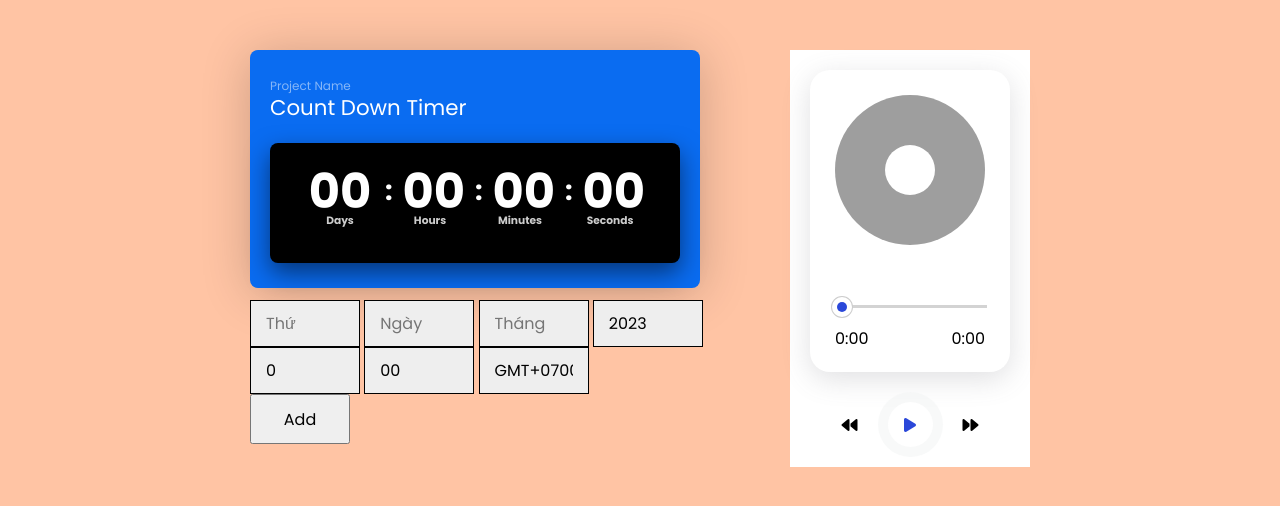
Repository: thuanpham00/CountDownTimer
Page: index.html
An editor plug-in stored every save of this project. The page is shown before and after the next save, followed by the edit.
The browser window is 1280 px wide. The pictures show the whole page.
Pictures or frames that could not be fetched are drawn as grey boxes. Some web libraries are served in a nearby version. The style sheet was rebuilt from its Sass, Less or Tailwind sources for each picture, by a compiler version that may differ from the author's.

Above is the page before, as saved 2023-09-27 15:37:38.

After the next save:
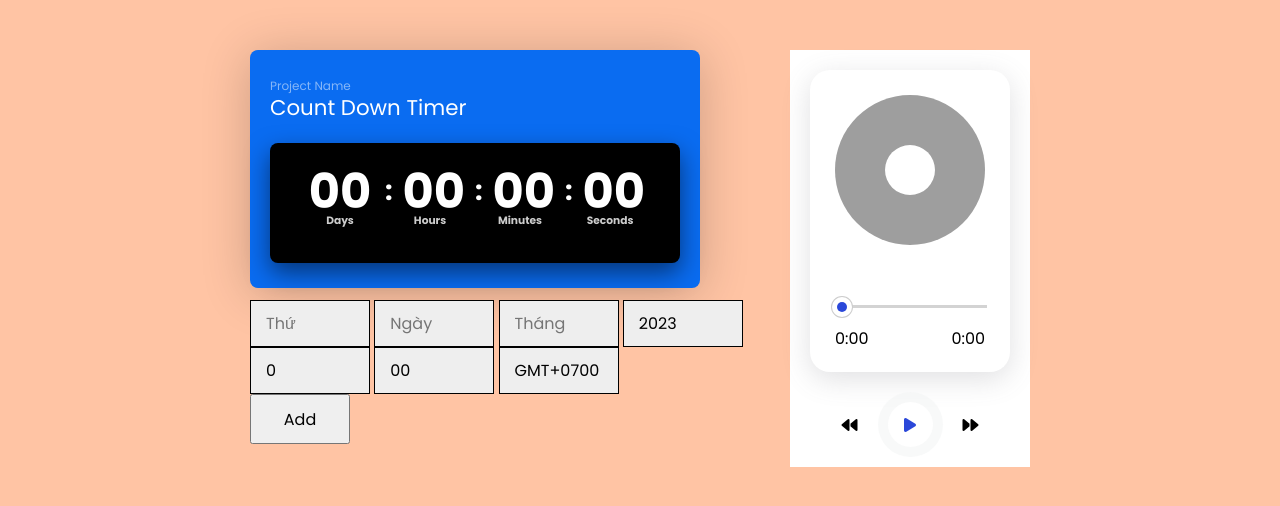
Saved 11 s later.
--- a/scss/main.scss
+++ b/scss/main.scss
@@ -386,7 +386,7 @@ body {
     max-width: 500px;
 
     input {
-        width: 110px;
+        width: 120px;
         padding: 10px 15px;
         outline: none;
         background: #eee;
